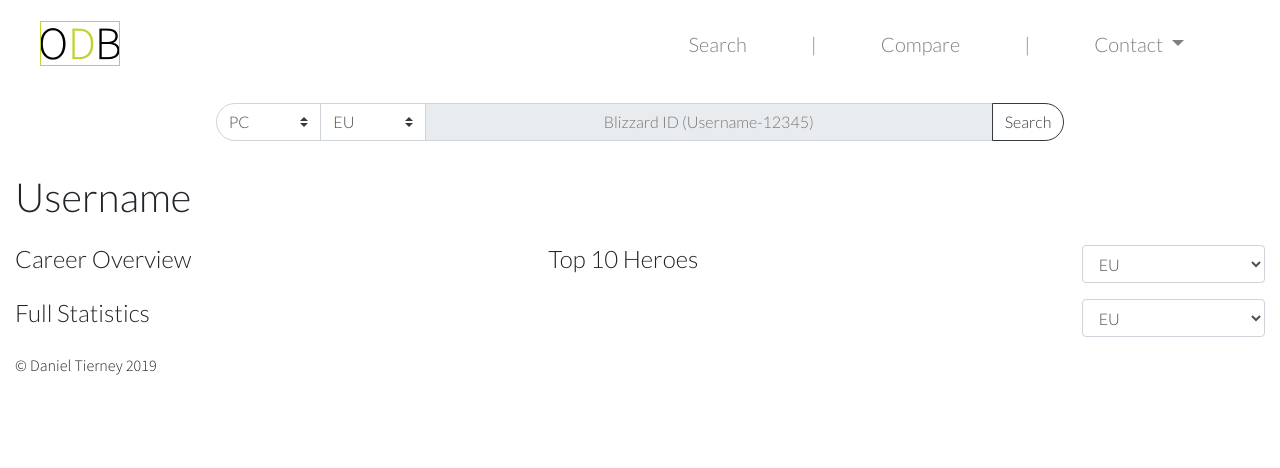
Repository: Cobonkoi/overwatch-dashboard
Page: search.html
The author's editor kept a record of every edit. The page is drawn from the files as they stood at one moment, then again after the next edit.
The browser window is 1280 px wide. The pictures show the whole page.

Above is the page before.

After the next edit:
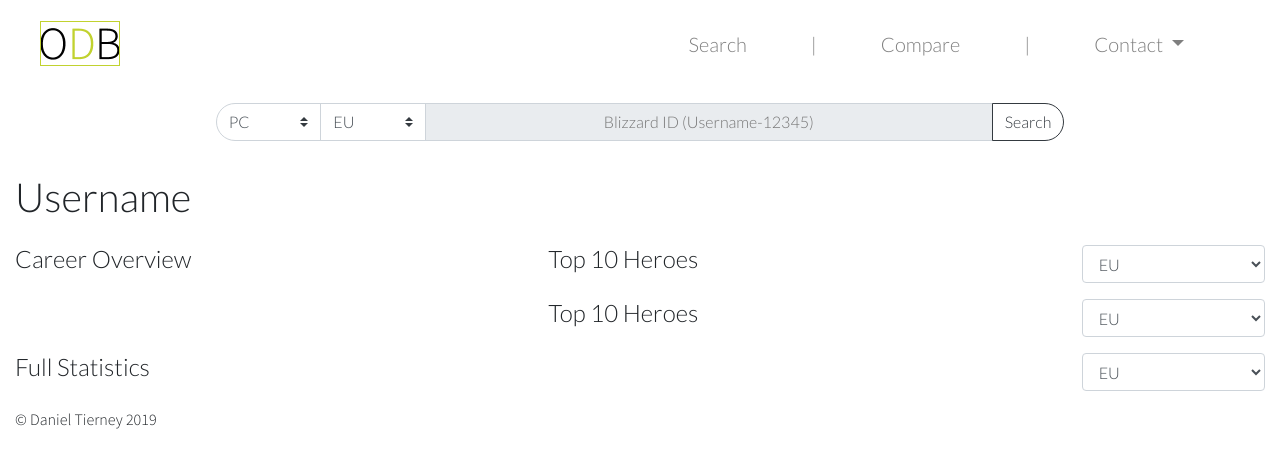
The edit:
--- a/search.html
+++ b/search.html
@@ -135,14 +135,12 @@
                 </select>
             </div>
         </div>
-    </div>
-    <!-- /CAREER OVERVIEW -->
-
-    <!-- FULL STATISTICS -->
-    <div class="container-fluid search-header-container">
-        <div class="row">
-            <div class="col-10 mb-3">
-                <h4 class="" id="">Full Statistics</h4>
+        <div class="row">
+            <div class="col-5 mb-3">
+                <!-- overview table -->
+            </div>
+            <div class="col-5 mb-3">
+                <h4 class="" id="">Top 10 Heroes</h4>
             </div>
             <div class="col-2 mb-3">
                 <select class="form-control" id="">
@@ -154,6 +152,24 @@
             </div>
         </div>
     </div>
+    <!-- /CAREER OVERVIEW -->
+
+    <!-- FULL STATISTICS -->
+    <div class="container-fluid search-header-container">
+        <div class="row">
+            <div class="col-10 mb-3">
+                <h4 class="" id="">Full Statistics</h4>
+            </div>
+            <div class="col-2 mb-3">
+                <select class="form-control" id="">
+                    <option disabled>Region...</option>
+                    <option value="eu">EU</option>
+                    <option value="us">US</option>
+                    <option value="asia">Asia</option>
+                </select>
+            </div>
+        </div>
+    </div>
     <!-- /FULL STATISTICS -->
 
 
